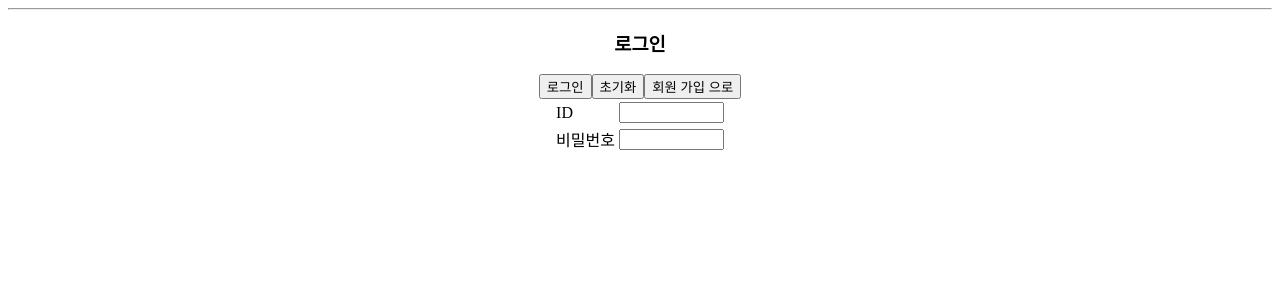
Repository: Juseong-Bang/jspWebProject
Page: http://localhost/FilmBooking/login.jsp
An editor plug-in stored every save of this project. The page is shown before and after the next save, followed by the edit.
The browser window is 1280 px wide. The pictures show the whole page.
The page is served by Tomcat 9.

Above is the page before, as saved 2017-11-28 17:07:57.

After the next save:
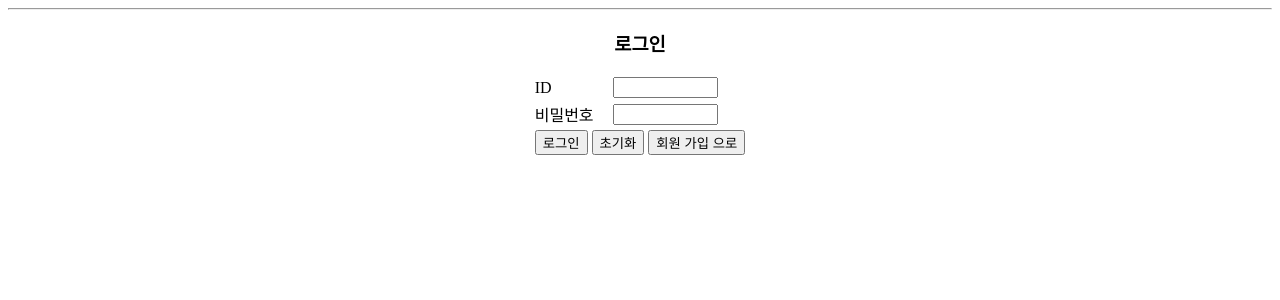
Saved 17 s later.
--- a/FilmBooking/WebContent/login.jsp
+++ b/FilmBooking/WebContent/login.jsp
@@ -11,22 +11,24 @@
 	<div align="center">
 		<h3>로그인</h3>
 		<form name=form1 method=post action=control.jsp>
-			<input type=hidden name="member" value="regist"/>
-			<input type="hidden" name="action" value="member" />
+			<input type=hidden name="member" value="regist" /> <input
+				type="hidden" name="action" value="member" />
 
-		<table>
-			<tr>
-				<td>ID</td>
-				<td><input type="text" size=10 name=name_mem /></td>
-			</tr>
-			<tr>
-				<td>비밀번호</td>
-				<td><input type="password" size=10 name=password /></td>
-			</tr>
-
-		<input type="submit" value=로그인> <input type="submit" value=초기화>
-		<form method="post" action= "register.jsp"><input type="submit" value="회원 가입 으로"></form>
-		</table>
+			<table>
+				<tr>
+					<td>ID</td>
+					<td><input type="text" size=10 name=name_mem /></td>
+				</tr>
+				<tr>
+					<td>비밀번호</td>
+					<td><input type="password" size=10 name=password /></td>
+				</tr>
+				<td colspan=3 align=center><input type="submit" value=로그인>
+					<input type="submit" value=초기화>
+					<form method="post" action="register.jsp">
+						<input type="submit" value="회원 가입 으로">
+					</form></td>
+			</table>
 		</form>
 	</div>
 </body>
